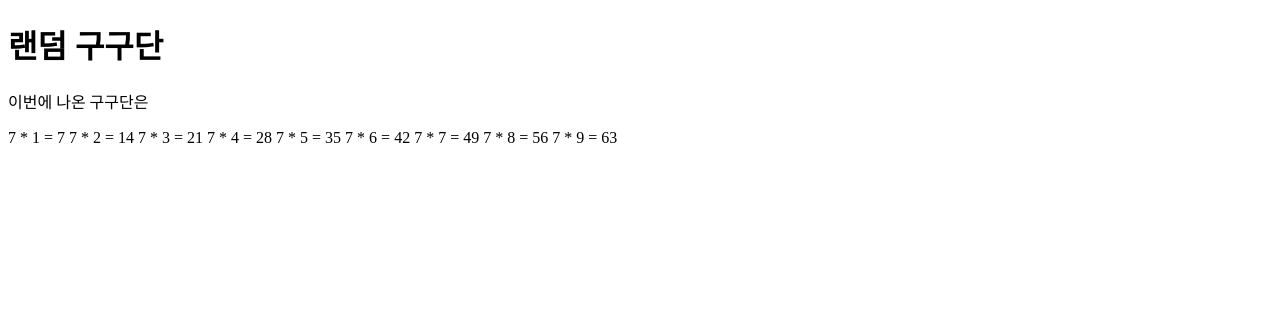
Repository: mickey530/jsp_practice
Page: http://localhost/JSPBasic/JspTag/TagQ02.jsp
An editor plug-in stored every save of this project. The page is shown before and after the next save, followed by the edit.
The browser window is 1280 px wide. The pictures show the whole page.
The page is served by Tomcat 9.

Above is the page before, as saved 2022-01-28 06:36:59.

### JSPBasic/src/main/webapp/JspTag/TagQ02.jsp
<%@ page language="java" contentType="text/html; charset=UTF-8"
    pageEncoding="UTF-8"%>
<!DOCTYPE html>
<html>
<head>
<meta charset="UTF-8">
<title>Insert title here</title>
</head>
<body>
<%!
public int today = 0;

int randomNum(){
	return (int)(Math.random()*8 + 2);
}

%>
<h1>랜덤 구구단</h1>
<p>이번에 나온 구구단은 </p>
<%
int dan = randomNum();

for(int i = 1; i < 10; i++){
	out.println(dan + " * " + i + " = " + dan * i);
}

%>
</body>
</html>

After the next save:
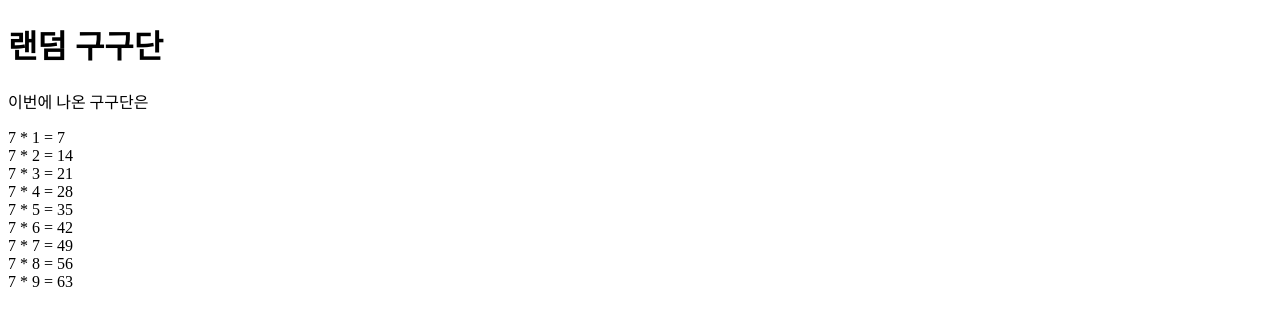
Saved 18 s later.
--- a/JSPBasic/src/main/webapp/JspTag/TagQ02.jsp
+++ b/JSPBasic/src/main/webapp/JspTag/TagQ02.jsp
@@ -21,7 +21,7 @@
 int dan = randomNum();
 
 for(int i = 1; i < 10; i++){
-	out.println(dan + " * " + i + " = " + dan * i);
+	out.println(dan + " * " + i + " = " + dan * i + "<br/>");
 }
 
 %>
